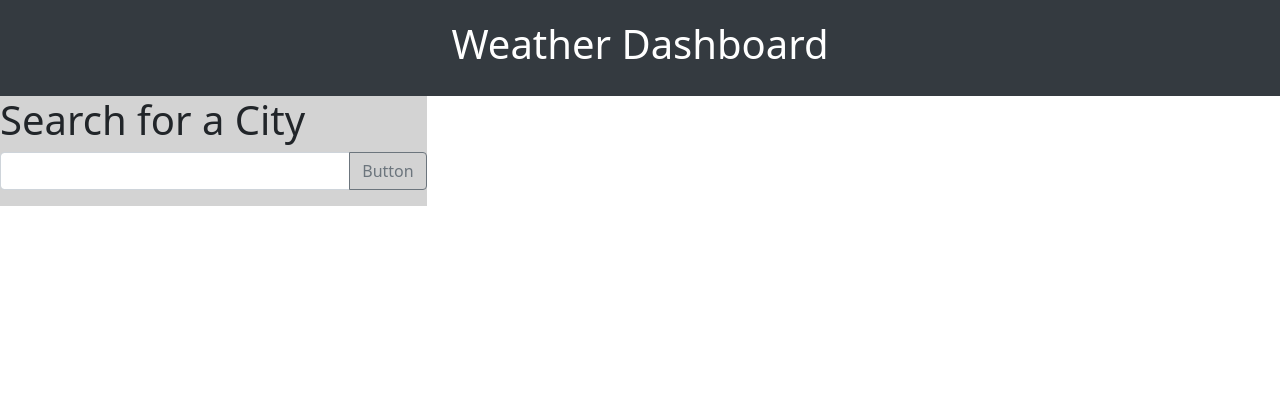
Repository: ziffoit/Weather_Dashboard
Page: index.html
An editor plug-in stored every save of this project. The page is shown before and after the next save, followed by the edit.
The browser window is 1280 px wide. The pictures show the whole page.

Above is the page before, as saved 2021-03-25 14:36:51.

### index.html
<!DOCTYPE html>
<html lang="en">
  <head>
    <meta charset="UTF-8" />
    <meta name="viewport" content="width=device-width, initial-scale=1.0" />
    <link
      href="https://cdn.jsdelivr.net/npm/bootstrap@5.0.0-beta3/dist/css/bootstrap.min.css"
      rel="stylesheet"
      integrity="sha384-eOJMYsd53ii+scO/bJGFsiCZc+5NDVN2yr8+0RDqr0Ql0h+rP48ckxlpbzKgwra6"
      crossorigin="anonymous"
    />
    <link rel="stylesheet" href="./Assets/style.css" />
    <title>Document</title>
  </head>
  <body>
    <header id="header">
      <h1>Weather Dashboard</h1>
    </header>
    <aside class="col-md-4">
      <h1>Search for a City</h1>
      <div class="input-group mb-3">
        <input type="text" class="form-control" />
        <button
          class="btn btn-outline-secondary"
          type="button"
          id="button-addon2"
        >
          Button
        </button>
      </div>
      <div></div>
    </aside>
    <section class="col-lg-8">
      <section></section>
      <section></section>
    </section>
  </body>
</html>

### Assets/style.css
#header {
  text-align: center;
  background-color: #343a40;
  padding: 20px;
}

header > h1 {
  color: white;
}

aside {
  background-color: lightgray;
  float: left;
}

#main {
  float: right;
}

.card-body {
  background-color: lightgreen;
  margin: 8px;
}

After the next save:
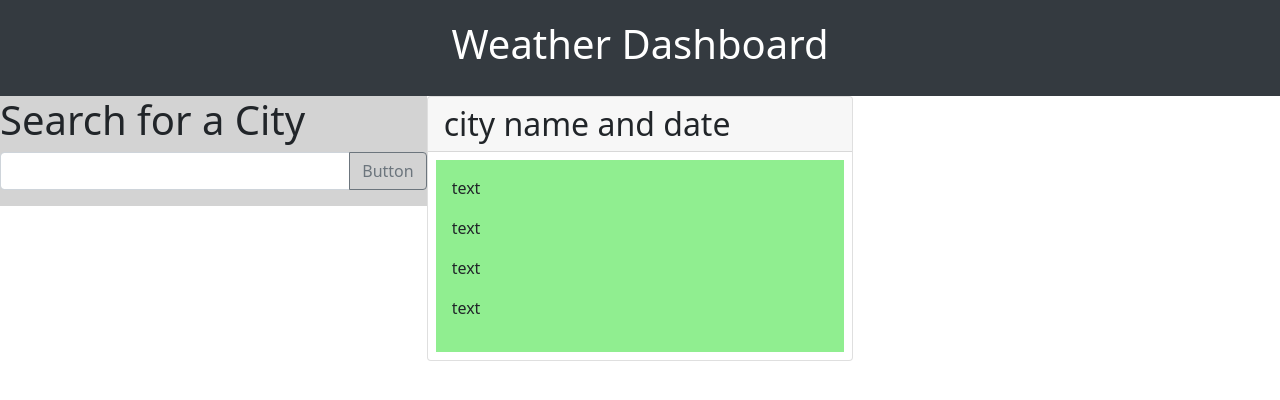
Saved 7 min 46 s later.
--- a/index.html
+++ b/index.html
@@ -31,7 +31,15 @@
       <div></div>
     </aside>
     <section class="col-lg-8">
-      <section></section>
+        <div class="card">
+            <h2 class="card-header">city name and date</h5>
+            <div class="card-body">
+              <p>text</p>
+              <p>text</p>
+              <p>text</p>
+              <p>text</p>
+            </div>
+          </div>
       <section></section>
     </section>
   </body>
